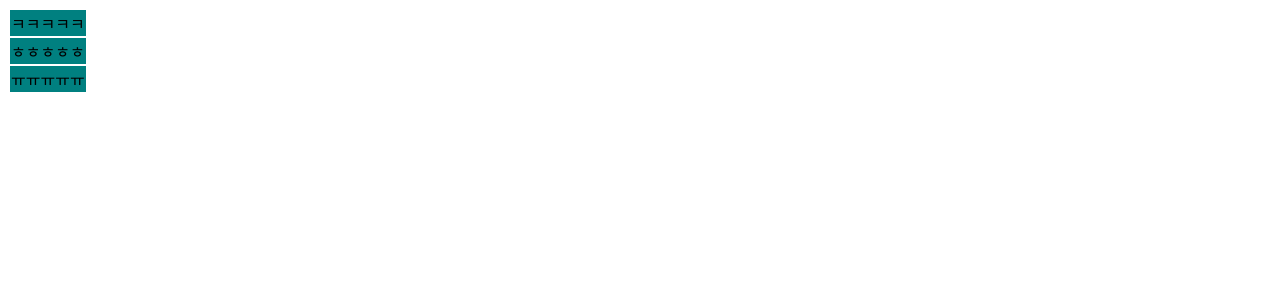
Repository: womss/sexyguy
Page: Spring/Feb13_1_jQuery/WebContent/5_Example.html
The author's editor kept a copy of each file at every save. The page is drawn from the files as they stood at one save, then again after the next save.
The browser window is 1280 px wide. The pictures show the whole page.

Above is the page before, as saved 2025-02-13 07:18:03.

After the next save:
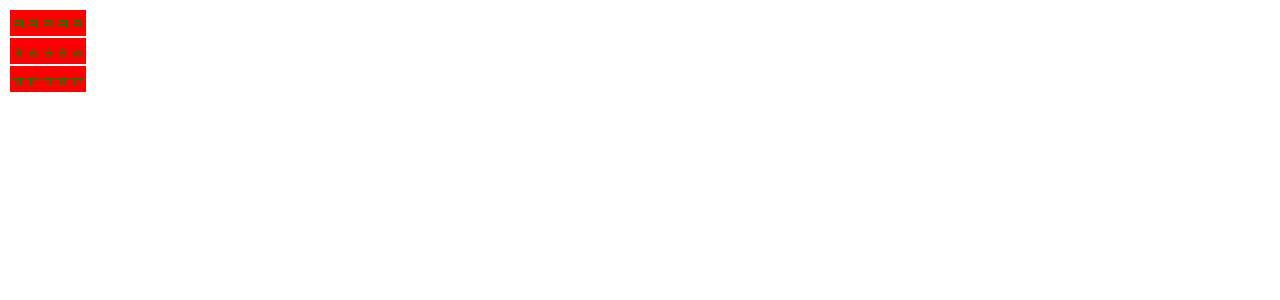
Console error: TypeError: $(...) is not a function
Saved 21 s later.
--- a/Spring/Feb13_1_jQuery/WebContent/5_Example.html
+++ b/Spring/Feb13_1_jQuery/WebContent/5_Example.html
@@ -14,8 +14,15 @@
 		// ㅠㅠㅠㅠㅠ => 글자색 : pink / 배경색 : teal
 
 		$("td").each(function(i, t) {
+			$(t).css("color", "green");
 			$(t).css("background-color", "red");
+		});
+		$("td")(function(i, t) {
+			$(t).css("color", "yellow");
 			$(t).css("background-color", "blue");
+		});
+		$("td")(function(i, t) {
+			$(t).css("color", "pink");
 			$(t).css("background-color", "teal");
 		});
 
